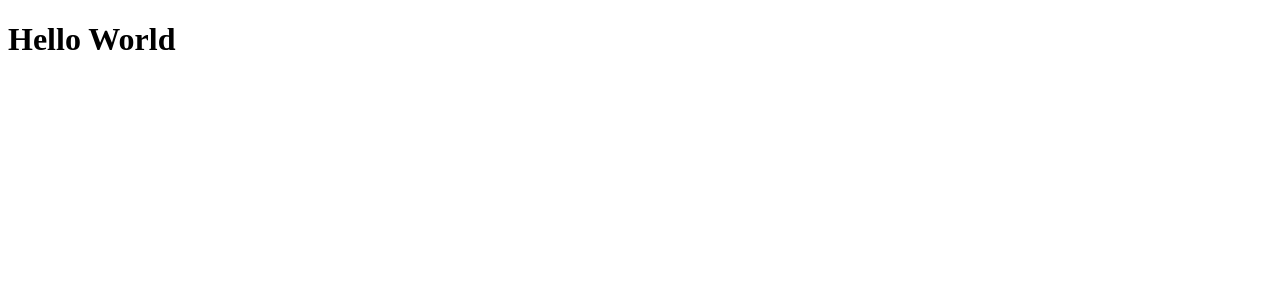
Repository: Flamemaster921/Feature-Showcase
Page: Index/firstPage/Website.html
The author's editor kept a copy of each file at every save. The page is drawn from the files as they stood at one save, then again after the next save.
The browser window is 1280 px wide. The pictures show the whole page.

Above is the page before, as saved 2025-12-15 01:16:25.

After the next save:
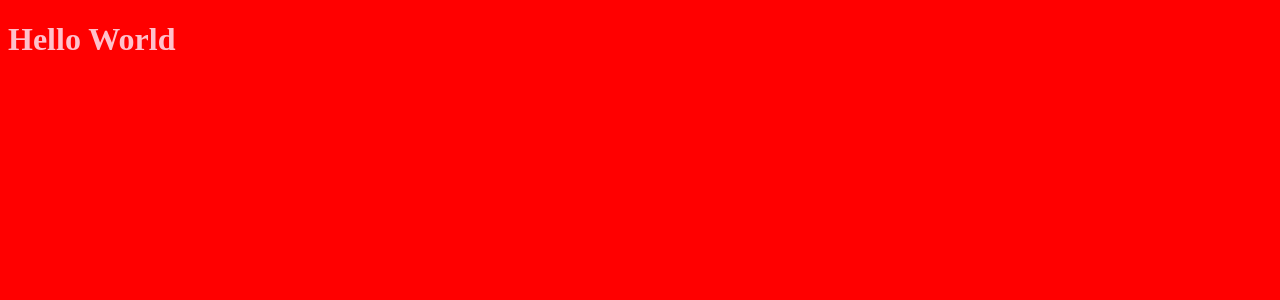
Saved 31 s later.
--- a/Index/firstPage/Design.css
+++ b/Index/firstPage/Design.css
@@ -1,4 +1,3 @@
-style
 body {
     background-color: red;
     color: pink;

After the save that followed:
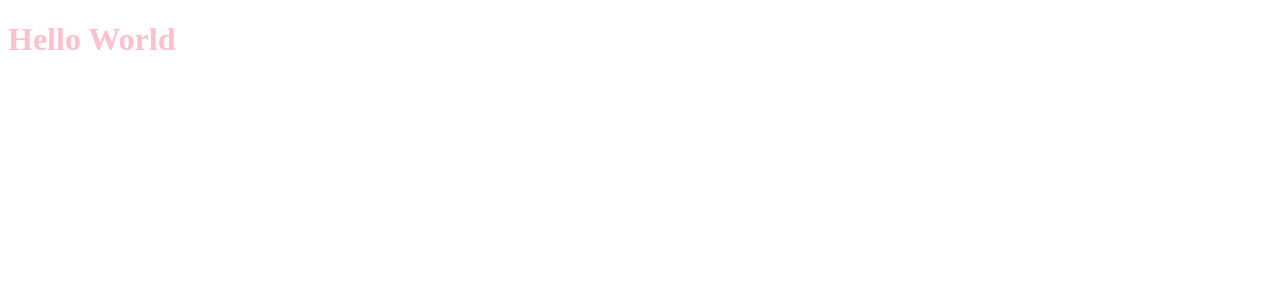
Saved 13 s later.
--- a/Index/firstPage/Design.css
+++ b/Index/firstPage/Design.css
@@ -1,4 +1,3 @@
 body {
-    background-color: red;
     color: pink;
 }
